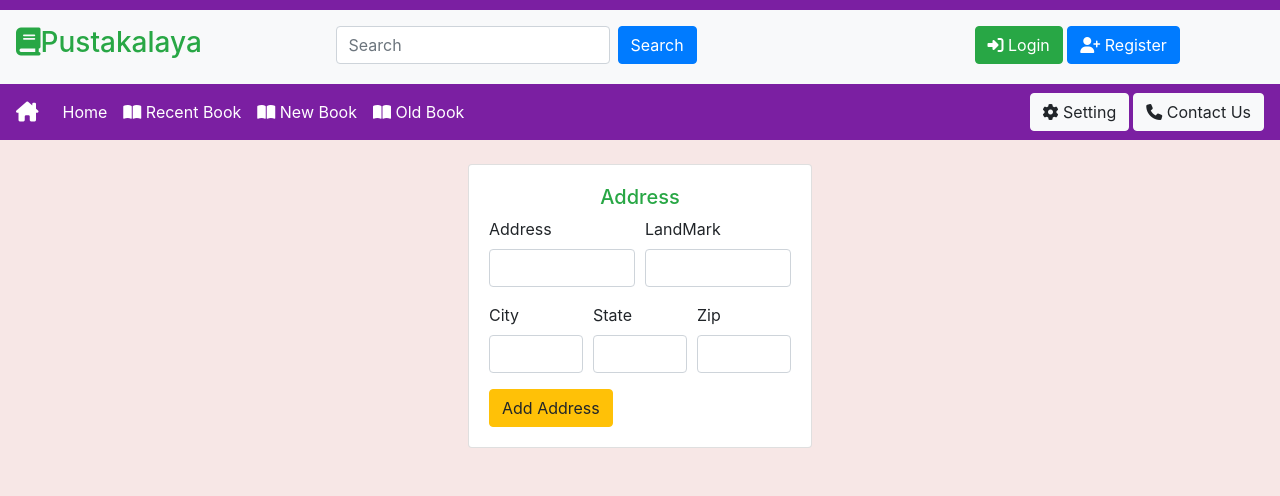
Repository: kalaprabhakar/Pustakalay_Web_Application
Page: http://localhost/E_Book_Management/user_address.jsp
An editor plug-in stored every save of this project. The page is shown before and after the next save, followed by the edit.
The browser window is 1280 px wide. The pictures show the whole page.
Some web libraries are served in a nearby version. The page is served by Tomcat 10.

Above is the page before, as saved 2024-02-28 14:57:23.

After the next save:
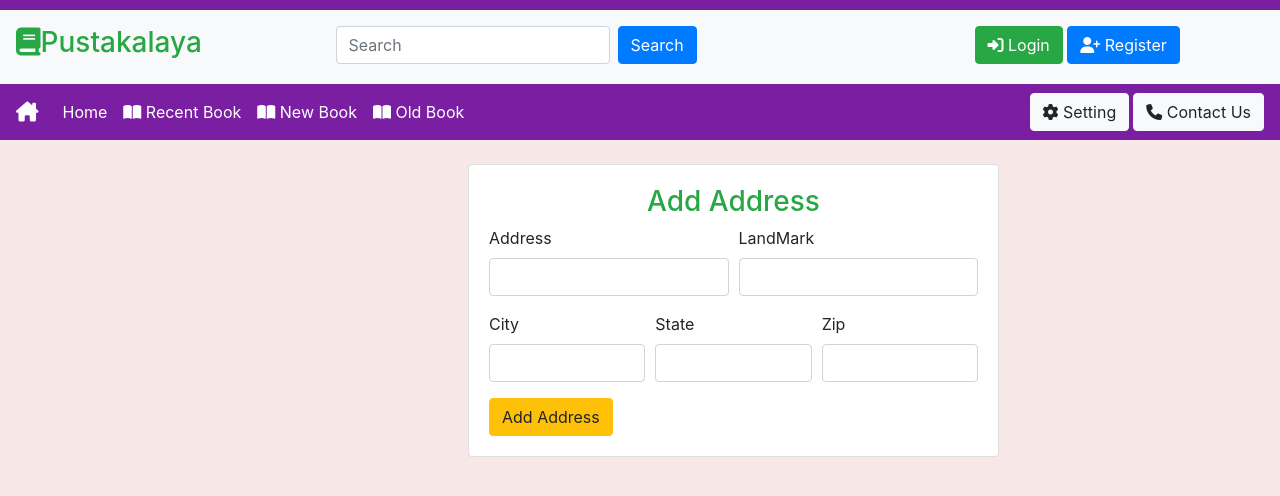
Saved 69 s later.
--- a/E_Book_Management/src/main/webapp/user_address.jsp
+++ b/E_Book_Management/src/main/webapp/user_address.jsp
@@ -13,10 +13,10 @@
 
 	<div class="container p-4">
 		<div class="row">
-			<div class="col-md-4 offset-md-4">
+			<div class="col-md-6 offset-md-4">
 				<div class="card ">
 					<div class="card-body">
-					<h5 class="text-center text-success">Address</h5>
+					<h3 class="text-center text-success">Add Address</h3>
 						<form method="post" action="">
                              <div class="form-row">
 							<div class="form-group col-md-6 ">
